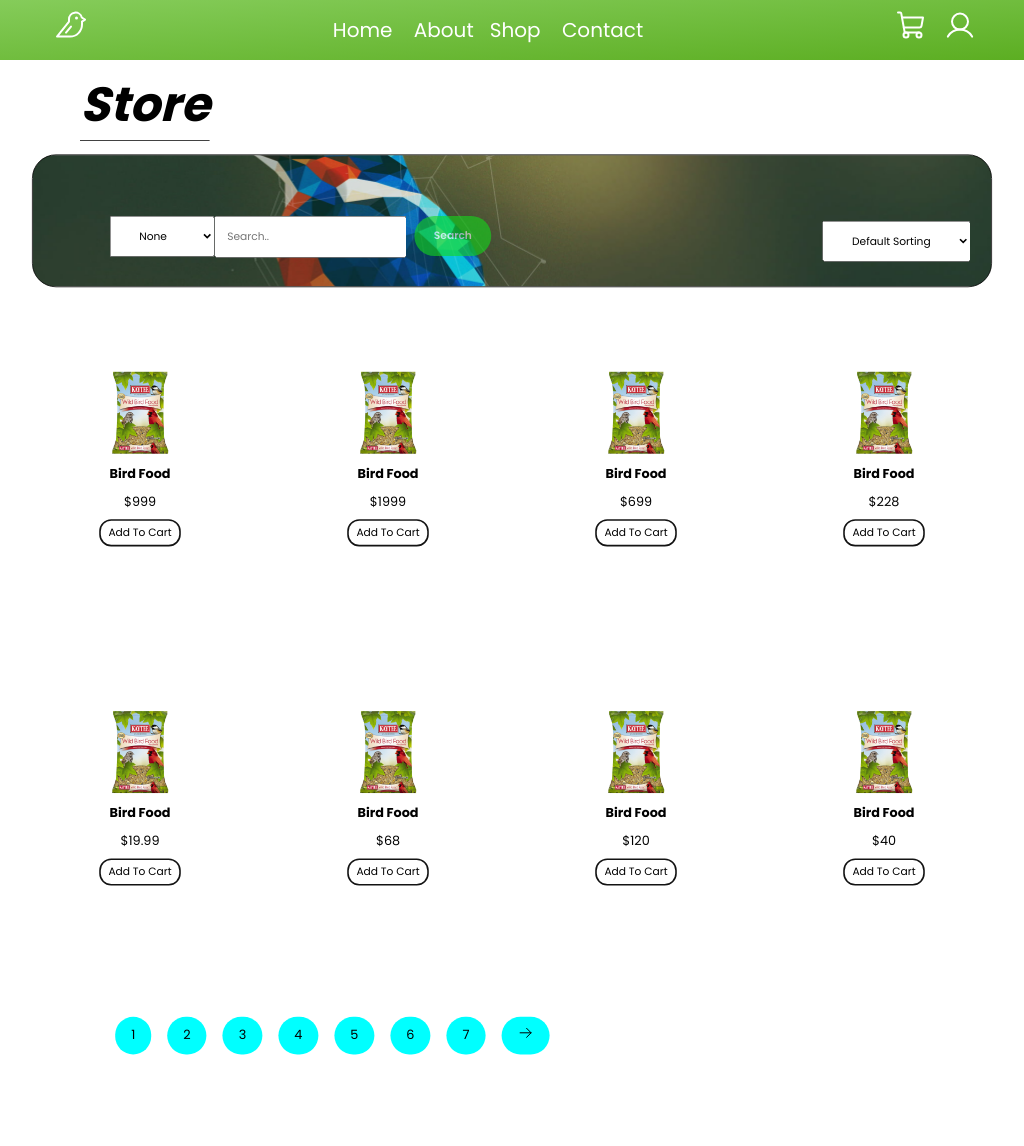
Repository: Vuhainam64/SWP391
Page: / (app in React/swp391-app/)
The author's editor kept a copy of each file at every save. The page is drawn from the files as they stood at one save, then again after the next save.
The browser window is 1280 px wide. The pictures show the whole page, at 80% of full size.
The project was rebuilt for these pictures with package versions that can differ from the ones it lists, and the page was loaded fresh each time. Also part of the build but not shown: React/swp391-app/src/pages/register/register.jsx, React/swp391-app/src/pages/home/home.css, React/swp391-app/src/pages/home/home-product.jsx, React/swp391-app/src/pages/home/home.jsx, React/swp391-app/src/pages/about/about.jsx, React/swp391-app/src/pages/contact/contact.jsx, React/swp391-app/src/pages/cart/cart-item.jsx, React/swp391-app/src/pages/cart/cart.css and 2 more.

Above is the page before, as saved 2023-06-05 08:25:09.

### React/swp391-app/src/App.js
import './App.css';
import { BrowserRouter as Router, Routes, Route } from "react-router-dom";
import { Navbar } from "./components/navbar";
import { Register } from "./pages/register/register";
import { Home } from "./pages/home/home";
import { About } from "./pages/about/about";
import { Shop } from "./pages/shop/shop";
import { Contact } from "./pages/contact/contact";
import { Cart } from "./pages/cart/cart";
import { ShopContextProvider } from './context/shop-context';
import { ProductDetail } from './pages/product/product-detail';


function App() {
  return (
    <div className = "App">
      <ShopContextProvider>
        <Router>
          <Navbar />
          <Routes>
            <Route path = "/register" element = {<Register />} />
            <Route path = "/home" element={<Home/>} />
            <Route path = "/about" element={<About/>} />
            <Route path = "/" element = {<Shop />} />
            <Route path = "/product" element = {<ProductDetail />} />
            <Route path = "/contact" element = {<Contact />} />
            <Route path = "/cart" element = {<Cart />} />
          </Routes>
        </Router>
      </ShopContextProvider>
    </div>
  );
}

export default App;

### React/swp391-app/src/App.css
.App {
  width: 100%;
  height: auto;
  min-height: 100vh;
  font-family: 'Segoe UI', Tahoma, Geneva, Verdana, sans-serif;
}

body {
  padding: 0;
  margin: 0;
}

### React/swp391-app/src/components/navbar.jsx
import React from "react";
import { Link } from "react-router-dom";
import { ShoppingCart, Bird, User } from "phosphor-react";
import "./navbar.css";

export const Navbar = () => {
  return (
    <div className="navbar">
      <div className="links">
        <div className="icon">
          <Link to="/home">
            <Bird size={40} />
          </Link>
        </div>
        <div className="middle">
          <Link to="/home"> Home </Link>
          <Link to="/about">About</Link>
          <Link to="/">Shop</Link>
          <Link to="/contact"> Contact</Link>
        </div>
        <div className="end">
          <Link to="/cart">
            <ShoppingCart size={40} />
          </Link>
            <Link to="/register">
              <User size={40}/>
            </Link>
        </div>
      </div>
    </div>
  );
};

### React/swp391-app/src/pages/shop/shop.jsx
import React from "react";
import { PRODUCTS } from "../../products";
import { Product } from "./product";
import { ArrowRight } from "phosphor-react";
import "./shop.css";

export const Shop = () => {
  return (
    <div className="shop">
      <div className="shopTitle">
        <h3>Store</h3>
      </div>
      <div className="sort">
        <div className="form-shop">
          <div class="form-shop-select">
            <label>
              <select>
                <option selected> None </option>
                <option>Seed</option>
                <option>Suet</option>
                <option>Nectar</option>
                <option>Fruit</option>
                <option>Insect</option>
              </select>
            </label>
          </div>
          <div className="search-bar">
            <input type="text" placeholder="Search.." />
          </div>
          <div className="icon-search">
            <button>Search</button>
          </div>
        </div>
        <div className="sort-shop">
          <label>
            <select>
              <option selected> Default Sorting </option>
              <option>A To Z</option>
              <option>1 - 8</option>
              <option>Price</option>
            </select>
          </label>
        </div>
      </div>
      <div className="products">
        {PRODUCTS.map((product) => (
          <Product data={product} />
        ))}
      </div>
      <div className="page-count">
        <div className="page-number">
          <ul className="page-number-count">
            <li>1</li>
            <li>2</li>
            <li>3</li>
            <li>4</li>
            <li>5</li>
            <li>6</li>
            <li>7</li>
            <li>
              <ArrowRight size={20} />
            </li>
          </ul>
        </div>
      </div>
    </div>
  );
};

### React/swp391-app/src/context/shop-context.jsx
import { createContext, useEffect, useState } from "react";
import { PRODUCTS } from "../products";

export const ShopContext = createContext(null);

const getDefaultCart = () => {
    let cart = {};
    for (let i = 1; i < PRODUCTS.length + 1; i++) {
        cart[i] = 0;
    }
    return cart;
}

export const ShopContextProvider = (props) => {
    const [cartItems, setCartItems] = useState(getDefaultCart());

    const getTotalCartAmount = () => {
        let totalAmount = 0;
        for (const item in cartItems) {
            if (cartItems[item] > 0) {
                let itemInfo = PRODUCTS.find((product) => product.id === Number(item));
                totalAmount += cartItems[item] *itemInfo.price;
            }
        }
        return totalAmount;
    };

    const addToCart = (itemId) => {
        setCartItems((prev) => ({ ...prev, [itemId]: prev[itemId] + 1}));
    };

    const removeFromCart = (itemId) => {
        setCartItems((prev) => ({ ...prev, [itemId]: prev[itemId] - 1}));
    };

    const updateCartItemCount = (newAmount, itemId) => {
        setCartItems((prev) => ({ ...prev, [itemId]: newAmount }));
    };

    const checkout = () => {
        setCartItems(getDefaultCart());
    };

    const contextValue = {
        cartItems,
        addToCart,
        updateCartItemCount,
        removeFromCart,
        getTotalCartAmount,
        checkout,
    };

    return (
        <ShopContext.Provider value={contextValue}>
            {props.children}
        </ShopContext.Provider>
    );
};

### React/swp391-app/src/components/navbar.css
.navbar {
    width: 100%;
    height: 75px;
    background-color: #85CC5A;
    background-image: linear-gradient(to bottom right, #85CC5A, #5CAE22);
    display: flex;
    justify-content: center;
    align-items: center;
}

.links {
    margin-right: 50px;
    display: flex;
    align-items: center;
    justify-content: space-between;
    width: 100%;
}

.icon {
    margin-left: 50px;
}

.end {
    padding: 0 10px;
}

.links a {
    text-decoration: none;
    color: white;
    margin-left: 20px;
    font-size: 25px;
}

### React/swp391-app/src/pages/register/register.css
/* Import Google font - Poppins */
@import url('https://fonts.googleapis.com/css2?family=Poppins:wght@200;300;400;500;600;700&display=swap');

*{
  margin: 0;
  padding: 0;
  box-sizing: border-box;
  font-family: 'Poppins', sans-serif;
}

.images{
  position: absolute;
  width: 100%;
  height: 100%;
  background-image: url(../../assets/products/bird.jpg);
  background-position: center;
  background-size: cover;
  color: white;
}

.container{
  position: relative;
  top: 50%;
  left: 50%;
  transform: translate(-50%,-50%);
  max-width: 480px;
  width: 100%;
  border-radius: 7px;
  box-shadow: -3px -3px 9px #aaa9a9a2,
              3px 3px 7px rgba(147, 149, 151, 0.671);
}

.container .registration{
  display: none;
}

#check:checked ~ .registration{
  display: block;
}

#check:checked ~ .login{
  display: none;
}

#check{
  display: none;
}

.container .form{
  padding: 2rem;
}

.form header{
  font-size: 2rem;
  font-weight: 500;
  text-align: center;
  margin-bottom: 1.5rem;
}

 .form input{
   height: 60px;
   width: 92%;
   padding: 0 14px;
   font-size: 17px;
   margin-top: 15px;
   margin-bottom: 1.3rem;
   border: 1px solid #ddd;
   border-radius: 6px;
   outline: none;
 }

 .form input:focus{
   box-shadow: 0 1px 0 rgba(0,0,0,0.2);
 }

.form a{
  font-size: 16px;
  color: #20ffd6;
  text-decoration: none;
}

.form a:hover{
  text-decoration: underline;
}

.form input.button{
  color: #fff;
  background: #009579;
  font-size: 1.2rem;
  font-weight: 500;
  letter-spacing: 1px;
  margin-top: 1.7rem;
  cursor: pointer;
  transition: 0.4s;
  width: 100%;
}

.form input.button:hover{
  background: #006653;
}

.signup{
  font-size: 17px;
  text-align: center;
}

.signup label{
  color: #20ffd6;
  cursor: pointer;
}

.signup label:hover{
  text-decoration: underline;
}

.icon-login {
  margin-right: 5px;
}

### React/swp391-app/src/products.js
import product1 from "./assets/products/1.png";
import product2 from "./assets/products/1.png";
import product3 from "./assets/products/1.png";
import product4 from "./assets/products/1.png";
import product5 from "./assets/products/1.png";
import product6 from "./assets/products/1.png";
import product7 from "./assets/products/1.png";
import product8 from "./assets/products/1.png";

export const PRODUCTS = [
  {
    id: 1,
    productName: "Bird Food",
    price: 999.0,
    productImage: product1,
  },
  {
    id: 2,
    productName: "Bird Food",
    price: 1999.0,
    productImage: product2,
  },
  {
    id: 3,
    productName: "Bird Food",
    price: 699.0,
    productImage: product3,
  },
  {
    id: 4,
    productName: "Bird Food",
    price: 228.0,
    productImage: product4,
  },
  {
    id: 5,
    productName: "Bird Food",
    price: 19.99,
    productImage: product5,
  },
  {
    id: 6,
    productName: "Bird Food",
    price: 68.0,
    productImage: product6,
  },
  {
    id: 7,
    productName: "Bird Food",
    price: 120.0,
    productImage: product7,
  },
  {
    id: 8,
    productName: "Bird Food",
    price: 40.0,
    productImage: product8,
  },
];

### React/swp391-app/src/pages/shop/product.jsx
import React, {useContext, useState, useEffect} from "react";
import { ShopContext } from "../../context/shop-context";


export const Product = (props) => {
    const { id, productName, price, productImage } = props.data;
    const { addToCart, cartItems } = useContext(ShopContext);

    const cartItemCount = cartItems[id];

    return (
        <div className = "product">
            <img src = {productImage} alt=""/>
            <div className = "description">
                <p>
                    <b>{productName}</b>
                </p>
                <p> ${price}</p>
            </div>
            <button className="addToCartBttn" onClick = {() => addToCart(id)}>
                Add To Cart {cartItemCount > 0 && <> ({cartItemCount}) </>}
            </button>
        </div>
    );
};

### React/swp391-app/src/pages/shop/shop.css
.shop {
    padding: 0 20px;
}

.shopTitle {
    margin-top: 10px;
    text-align: center;
    font-size: 40px;
}

.products {
    width: 100%;
    height: auto;
    display: grid;
    grid-template-columns: 1fr 1fr 1fr 1fr;
    place-items: center;

}

.product {
    border-radius: 15px;
    margin: 100px;
    display: flex;
    flex-direction: column;
    justify-content: center;
    align-items: center;
}

.product img {
    width: 100%;
    height: 100%;
}

.product .description {
    text-align: center;
}

.product:hover {
    transition: 0.3s ease-in;
    cursor: pointer;
}

.addToCartBttn {
    background-color: transparent;
    border: 2px solid rgb(19, 19, 19);
    min-width: 100px;
    padding: 5px 10px 5px 10px;
    border-radius: 15px;
}

.addToCartBttn:hover {
    background-color: rgb(19, 19, 19);
    color: white;
    cursor: pointer;
}

.description p,b{
    margin: 10px 0;
}
.shopTitle {
    justify-content: left;
    display: inline-block;
}
.shopTitle h3{
    float: left;
    margin-left: 80px;
    font-size: 60px;
    font-style: italic;
    border-bottom: 1px solid rgb(19, 19, 19);
}

.form-shop {
    display: flex;
    margin: 50px 10px 10px 80px;
    width: 100%;
}

.form-shop select {
    padding: 14px 32px;
}

.form-shop input {
    padding: 14px;
    margin: 10px 10px 10px 0;
    width: 100%;
}

.search-bar {
    width: 30%;
}
.icon-search button{
    padding: 14px 24px;
    height: 50px;
    margin-top: 10px;
    margin-left: 10px;
    border-radius: 50px;
    cursor: pointer;
    background-color: rgb(20, 217, 27);
    border: none;
    color: #fff;
    font-weight: 600;
    opacity: 0.6;
}

.icon-search button:hover {
    opacity: 1;
}

.sort {
    display: flex;
    justify-content: center;
    align-items: center;
    margin: 10px 20px 0 20px;
    padding: 16px;
    border: 1px solid;
    border-radius: 30px;
    background-image: url(../../assets/products/bird.jpg);
  background-position: center;
  background-size: cover;
}

.sort-shop {
    margin: 50px 10px 10px 80px;
}

.sort-shop select{
    padding: 14px 32px;
}

.page-count {
    margin: 50px 20px 100px 100px;
}

.page-number-count {
    display: flex;
    list-style: none;
    padding: 14px;
}

.page-number-count li {
    margin: 0 10px;
    padding: 10px 20px;
    border-radius: 50px;
    background-color: aqua;
}

.page-number-count li:hover {
    background-color: aqua;
    padding: 10px;
}

### React/swp391-app/src/pages/contact/contact.css
.contact{
    max-width: 400px;
    margin: 0 auto;
    padding: 20px;
}
.title-contact{
    text-align: center;
}
label{
    display: block;
    margin-top: 10px;
}
.form-contact{

    text-align: center;
}

/* input[type="text"],
.type-email,
input[type="message"],
textarea {
  width: 100%;
  padding: 8px;
  border: 1px solid #ccc;
  border-radius: 4px;
  box-sizing: border-box;
  margin-top: 5px;
  margin-bottom: 10px;
} */

input[type="submit"] {
    background-color: #4CAF50;
    color: white;
    padding: 10px 15px;
    border: none;
    border-radius: 4px;
    cursor: pointer;
    font-size: 16px;
  }

  input[type="submit"]:hover {
    background-color: #45a049;
  }

  textarea {
    height: 100px;
  }

Loaded but not shown: React/swp391-app/public/index.html (common file); React/swp391-app/src/index.js (common file); React/swp391-app/src/index.css (common file); React/swp391-app/src/reportWebVitals.js (common file)

After the next save:
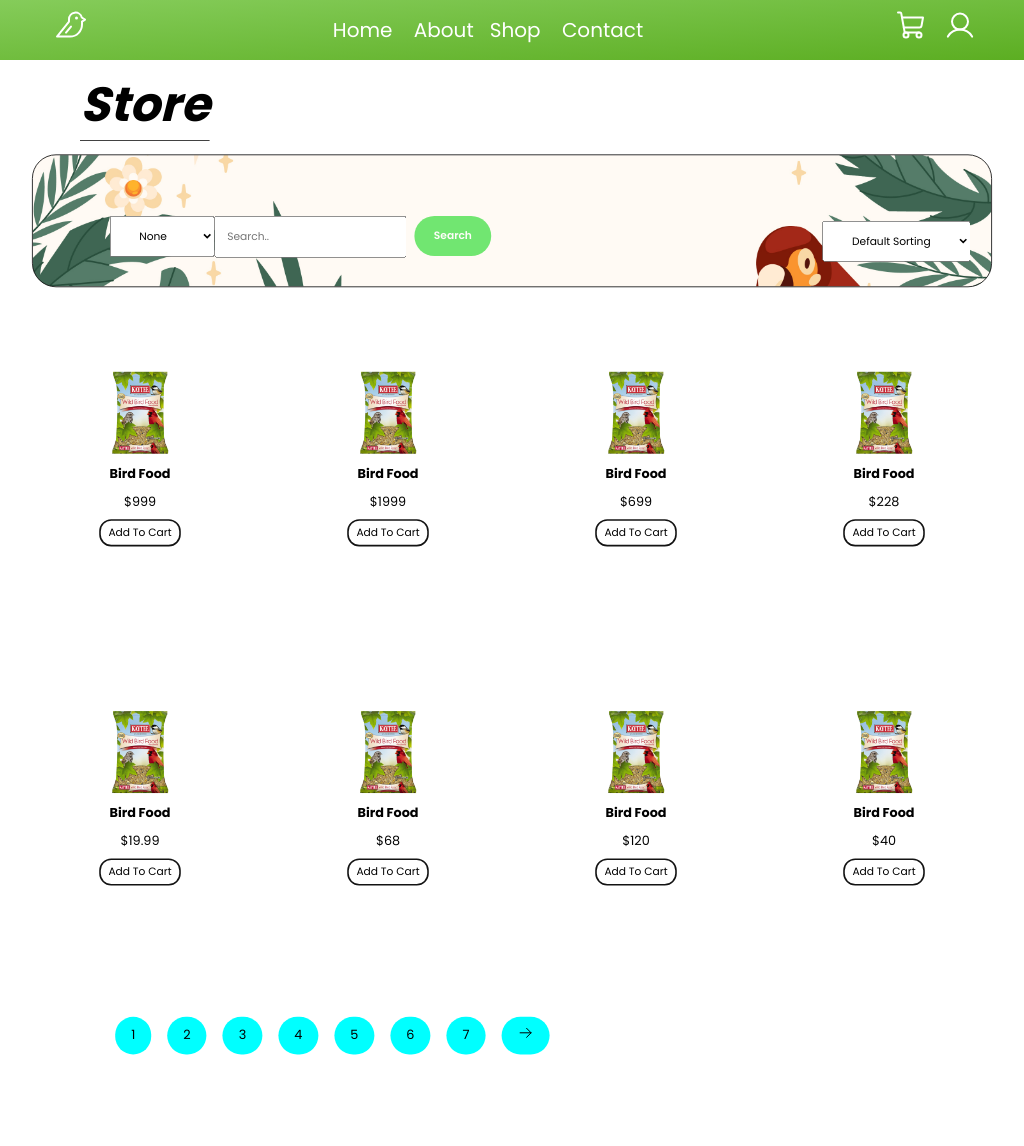
Saved 16 s later.
--- a/React/swp391-app/src/pages/shop/shop.css
+++ b/React/swp391-app/src/pages/shop/shop.css
@@ -114,7 +114,7 @@
     padding: 16px;
     border: 1px solid;
     border-radius: 30px;
-    background-image: url(../../assets/products/bird.jpg);
+    background-image: url(../../assets/products/7200317.jpg);
   background-position: center;
   background-size: cover;
 }
